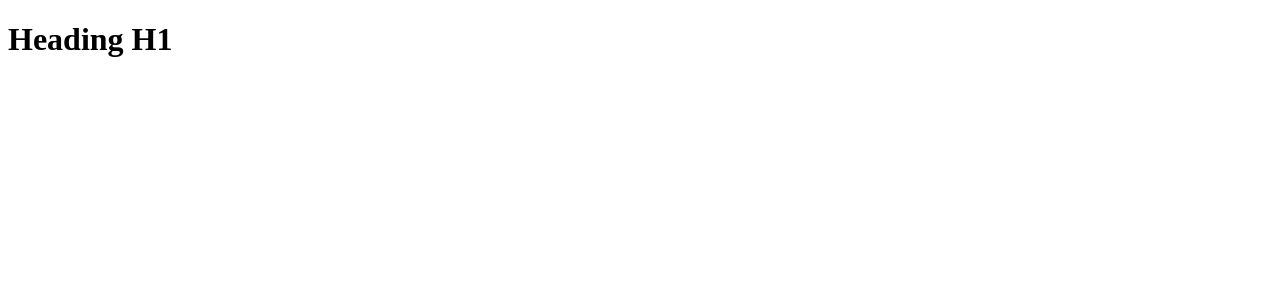
Repository: Solankinikhil/DailyWork
Page: eclipse-workspace/javaScriptExamples/WebContent/checkwebpagetype.html
An editor plug-in stored every save of this project. The page is shown before and after the next save, followed by the edit.
The browser window is 1280 px wide. The pictures show the whole page.

Above is the page before, as saved 2020-03-12 05:55:51.
Console error: SyntaxError: Unexpected token '{'

### eclipse-workspace/javaScriptExamples/WebContent/checkwebpagetype.html
<!DOCTYPE html>
<html>
<head>
<meta charset="ISO-8859-1">
<title>Web page type</title>
<script type="text/javascript">

function function2(){
	var marks=95;
	return marks;
}
function task{
	var marks2=function2();
	console.log(marks2)

}

</script>
</head>
<body>
	<h1>Heading H1</h1>
	<tnput type="button" value="click me" onclick="task()"/>
</body>
</html>

After the next save:
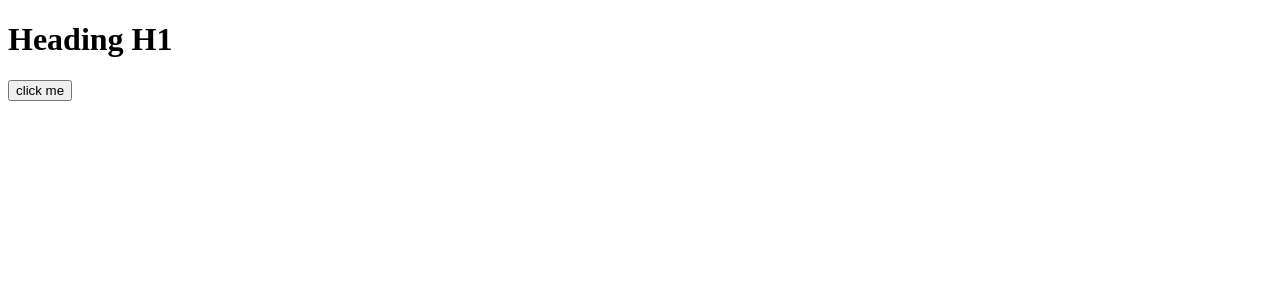
Saved 18 s later.
--- a/eclipse-workspace/javaScriptExamples/WebContent/checkwebpagetype.html
+++ b/eclipse-workspace/javaScriptExamples/WebContent/checkwebpagetype.html
@@ -19,6 +19,6 @@ function task{
 </head>
 <body>
 	<h1>Heading H1</h1>
-	<tnput type="button" value="click me" onclick="task()"/>
+	<input type="button" value="click me" onclick="task()"/>
 </body>
 </html>
